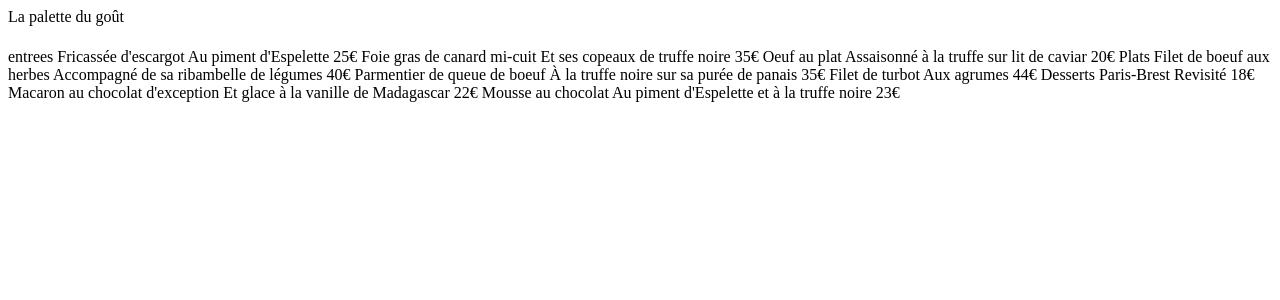
Repository: lysianebo/OHMYFOOD
Page: la_palette_du_goût.html
The author's editor kept a copy of each file at every save. The page is drawn from the files as they stood at one save, then again after the next save.
The browser window is 1280 px wide. The pictures show the whole page.

Above is the page before, as saved 2022-10-22 15:14:49.

After the next save:
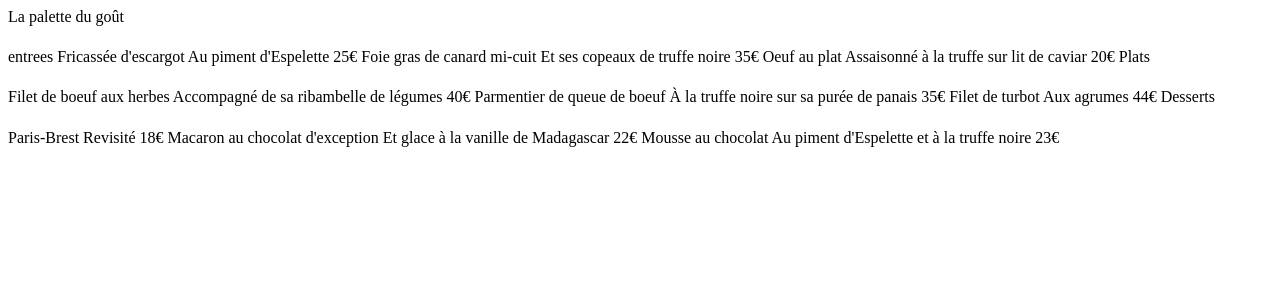
Saved 8 s later.
--- a/la_palette_du_goût.html
+++ b/la_palette_du_goût.html
@@ -23,7 +23,7 @@
     20€
 
 
-    Plats
+    Plats <h5></h5>
     Filet de boeuf aux herbes
     Accompagné de sa ribambelle de légumes
     40€
@@ -36,7 +36,7 @@
     Aux agrumes
     44€
 
-    Desserts
+    Desserts <h5></h5>
     Paris-Brest
     Revisité
     18€
